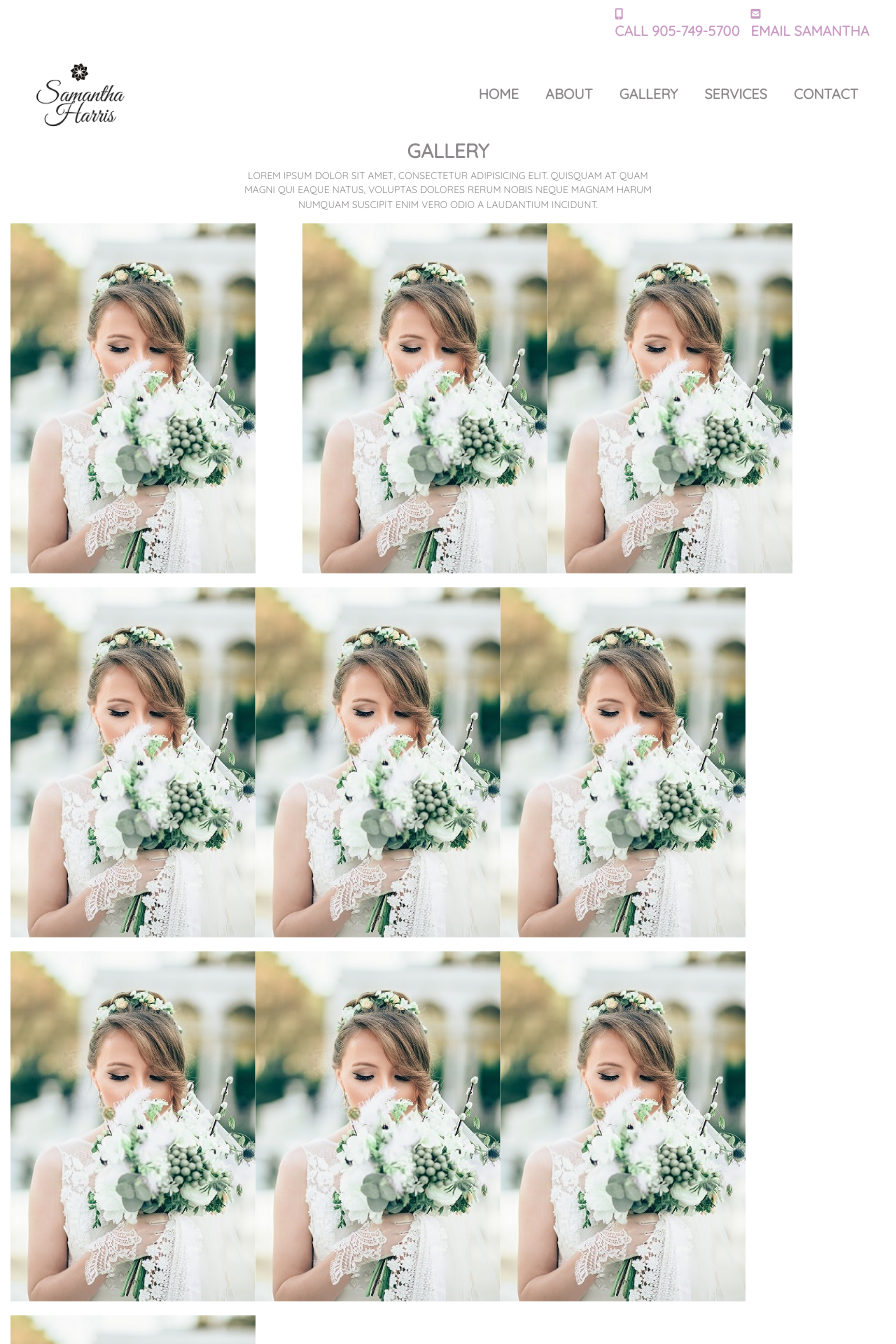
Repository: JayneyNix/milestone-1-UCFD
Page: gallery.html
The author's editor kept a record of every edit. The page is drawn from the files as they stood at one moment, then again after the next edit.
The browser window is 1280 px wide. The pictures show the part of the page from y = 0 to 1920 px (the page is 3004 px tall), at 70% of full size.
Some web libraries are served in a nearby version.

Above is the page before.

After the next edit:
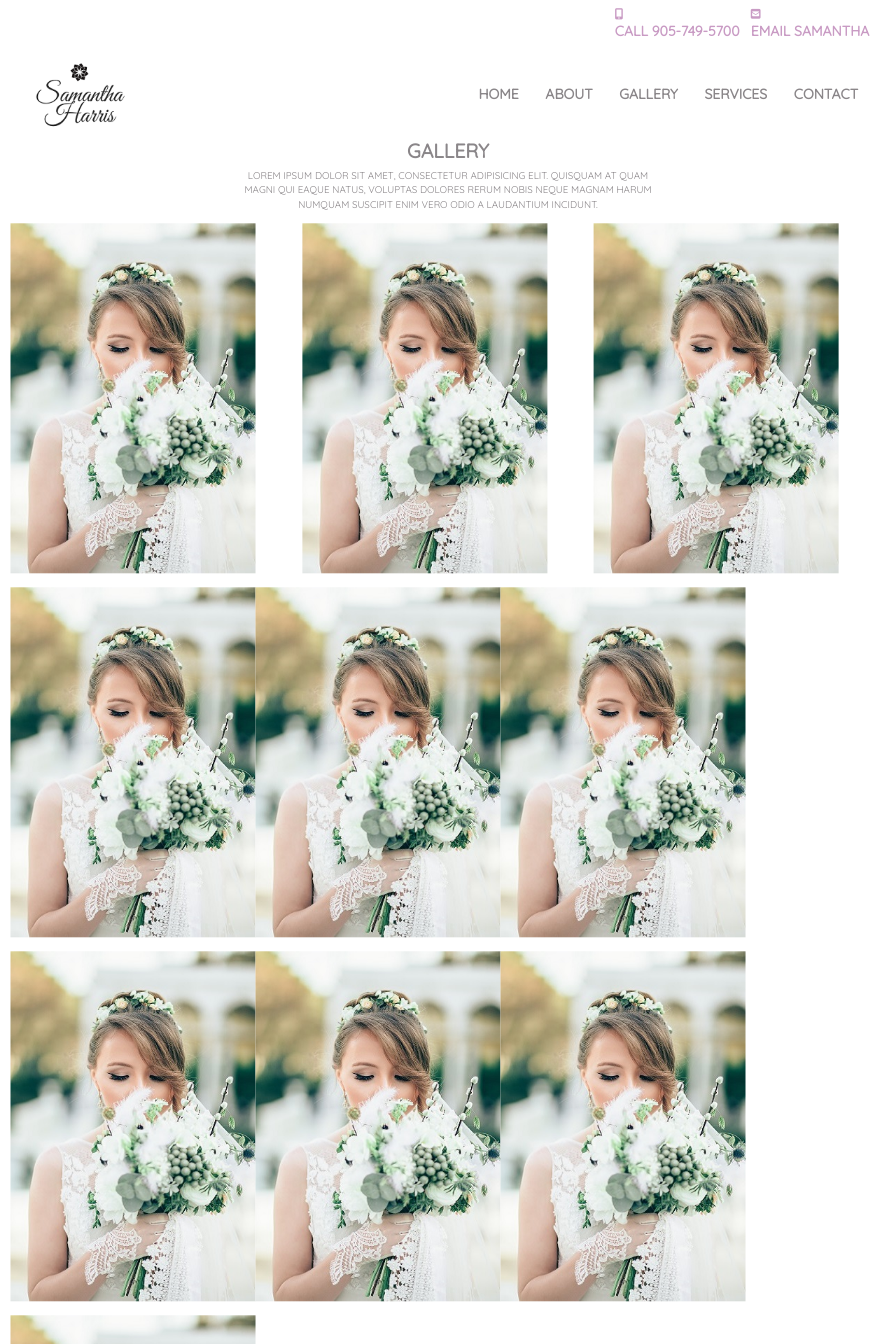
The edit:
--- a/gallery.html
+++ b/gallery.html
@@ -87,7 +87,7 @@
     <div class="gallery-item col-sm-4">
       <img class="gallery-image" src="Assets/Bride-eyes-closed-with-flowers.jpg" alt="bride"/>
     </div>
-    <div class="gallery-item">
+    <div class="gallery-item col-sm-4">
       <img class="gallery-image" src="Assets/Bride-eyes-closed-with-flowers.jpg" alt="bride"/>
     </div>
 
